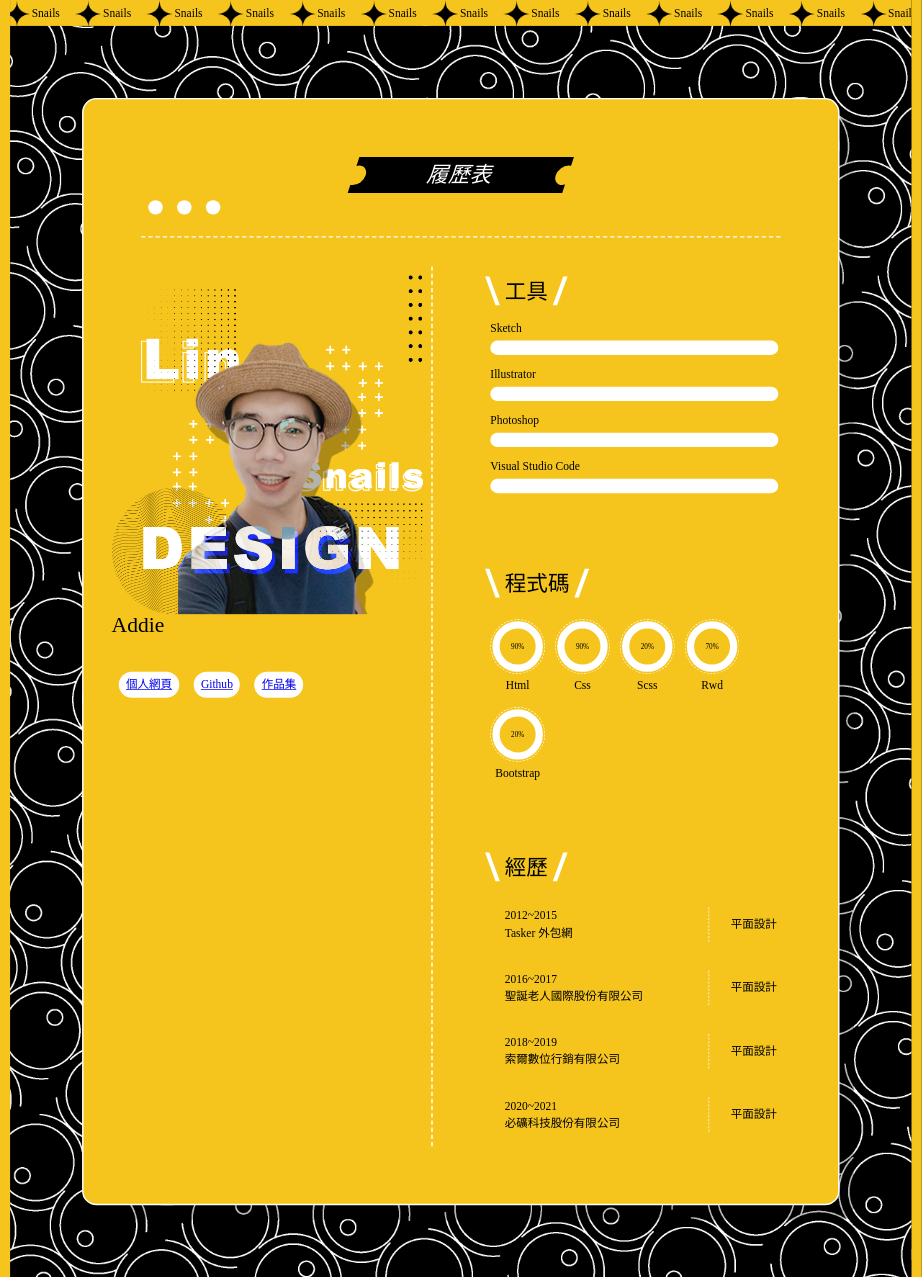
Repository: addie1988/resume
Page: index.html
An editor plug-in stored every save of this project. The page is shown before and after the next save, followed by the edit.
The browser window is 1280 px wide. The pictures show the whole page, at 72% of full size.

Above is the page before, as saved 2021-11-24 11:44:49.
Not found: js/style.js

### index.html
<!DOCTYPE html>
<html lang="en">

<head>
    <meta charset="UTF-8">
    <meta http-equiv="X-UA-Compatible" content="IE=edge">
    <meta name="viewport" content="width=device-width, initial-scale=1.0">
    <title>ADDIE</title>
    <link rel="stylesheet" type="text/css" href="./css/style.css">
</head>

<body>

    <!-- personal -->
    <div class="personal">
        <!-- Carousel -->
        <div class="Carousel">
            <div class="Carousel_content" id="Carousel"></div>
        </div>
        <div class="personal_content">
            <!-- resume > 履歷 -->
            <div class="resume">
                <div class="resume_title">
                    <h1>履歷表</h1>
                </div>
                <div class="resume_content">
                    <ul>
                        <li></li>
                        <li></li>
                        <li></li>
                    </ul>
                </div>
                <!-- main -->
                <div class="main">
                    <!-- personal_information > 個人資訊 -->
                    <div class="personal_information">
                        <div class="personal_information_img"><img src="./images/Visualize1.png"></div>
                        <div class="name">
                            <h1>Addie</h1>
                        </div>
                        <!-- work -->
                        <div class="work">
                            <div class="work_contwnt">
                                <ul>
                                    <li><a href="#">個人網頁</a></li>
                                    <li><a href="#">Github</a></li>
                                    <li><a href="#">作品集</a></li>
                                </ul>
                            </div>
                        </div>
                    </div>


                    <!-- personal_experience > 個人經歷 -->
                    <div class="personal_experience">

                        <!-- Code -->
                        <div class="tool">
                            <div class="tool_content">
                                <h1>工具</h1>
                                <ul>
                                    <li>
                                        <p>Sketch</p>
                                        <span></span>
                                    </li>
                                    <li>
                                        <p>Illustrator</p>
                                        <span></span>
                                    </li>
                                    <li>
                                        <p>Photoshop</p>
                                        <span></span>
                                    </li>
                                    <li>
                                        <p>Visual Studio Code</p>
                                        <span></span>
                                    </li>
                                </ul>
                            </div>
                        </div>

                        <!-- Code -->
                        <div class="Code">
                            <div class="Code_content">
                                <h1>程式碼</h1>
                                <ul>
                                    <li>
                                        <div class="chart"><span><i>90%</i></span></div>
                                        <p>Html</p>
                                    </li>
                                    <li>
                                        <div class="chart"><span><i>90%</i></span></div>
                                        <p>Css</p>
                                    </li>
                                    <li>
                                        <div class="chart"><span><i>20%</i></span></div>
                                        <p>Scss</p>
                                    </li>
                                    <li>
                                        <div class="chart"><span><i>70%</i></span></div>
                                        <p>Rwd</p>
                                    </li>
                                    <li>
                                        <div class="chart"><span><i>20%</i></span></div>
                                        <p>Bootstrap</p>
                                    </li>
                                </ul>
                            </div>
                        </div>

                        <!-- work_experience -->
                        <div class="work_experience">
                            <div class="work_experience_content">
                                <h1>經歷</h1>
                                <ul>
                                    <li>
                                        <div class="work_experience_content_title">
                                            <p>2012~2015</p>
                                            <i>Tasker 外包網</i>
                                        </div>
                                        <span>
                                            <section>平面設計</section>
                                        </span>
                                    </li>
                                    <li>
                                        <div class="work_experience_content_title">
                                            <p>2016~2017</p>
                                            <i>聖誕老人國際股份有限公司</i>
                                        </div>
                                        <span>
                                            <section>平面設計</section>
                                        </span>
                                    </li>
                                    <li>
                                        <div class="work_experience_content_title">
                                            <p>2018~2019</p>
                                            <i>索爾數位行銷有限公司</i>
                                        </div>
                                        <span>
                                            <section>平面設計</section>
                                        </span>
                                    </li>
                                    <li>
                                        <div class="work_experience_content_title">
                                            <p>2020~2021</p>
                                            <i>必礦科技股份有限公司</i>
                                        </div>
                                        <span>
                                            <section>平面設計</section>
                                        </span>
                                    </li>
                                </ul>
                            </div>
                        </div>
                    </div>
                </div>
            </div>
        </div>
    </div>

    <!-- js -->
    <script src="./js/style.js"></script>
    <!-- jq -->
    <script src="https://cdnjs.cloudflare.com/ajax/libs/jquery/3.3.1/jquery.min.js"></script>
    <script>
        $('#Carousel').load("./Carousel.html #Carousel");
    </script>

</body>

</html>

### css/style.css
/* http://meyerweb.com/eric/tools/css/reset/
   v2.0 | 20110126
   License: none (public domain)
*/

html,
body,
div,
span,
applet,
object,
iframe,
h1,
h2,
h3,
h4,
h5,
h6,
p,
blockquote,
pre,
a,
abbr,
acronym,
address,
big,
cite,
code,
del,
dfn,
em,
img,
ins,
kbd,
q,
s,
samp,
small,
strike,
strong,
sub,
sup,
tt,
var,
b,
u,
i,
center,
dl,
dt,
dd,
ol,
ul,
li,
fieldset,
form,
label,
legend,
table,
caption,
tbody,
tfoot,
thead,
tr,
th,
td,
article,
aside,
canvas,
details,
embed,
figure,
figcaption,
footer,
header,
hgroup,
menu,
nav,
output,
ruby,
section,
summary,
time,
mark,
audio,
video {
  margin: 0;
  padding: 0;
  border: 0;
  font-size: 100%;
  font: inherit;
  vertical-align: baseline;
}
/* HTML5 display-role reset for older browsers */
article,
aside,
details,
figcaption,
figure,
footer,
header,
hgroup,
menu,
nav,
section {
  display: block;
}
body {
  line-height: 1;
}
ol,
ul {
  list-style: none;
}
blockquote,
q {
  quotes: none;
}
blockquote:before,
blockquote:after,
q:before,
q:after {
  content: "";
  content: none;
}
table {
  border-collapse: collapse;
  border-spacing: 0;
}

/* ---------------------------------------------------------------------------------------------------------------------- */

:root {
  --background-color: #f5c51d;
  --position: relative;
  --font-size: 16px;
  --padding: 100px;
  --color: white;
  --title_h1: 30px;
  --margin_Segmentation: 80px 0 0 0;
}

/* ---------------------------------------------------------------------------------------------------------------------- */

.personal {
  position: var(--position);
  background: url(../images/background.png);
  align-items: center;
  background-color: black;
  border-left: 14px solid var(--background-color);
  border-right: 14px solid var(--background-color);
}

/* Carousel */
.Carousel {
  position: var(--padding);
}

.Carousel_content {
  margin: 0 auto;
}

.Carousel_content ul {
  display: flex;
  overflow: hidden;
  background-color: var(--background-color);
}

.Carousel_content ul li {
  margin: 0 20px;
  padding: 10px;
  position: var(--position);
}

.Carousel_content ul li::before {
  content: "";
  width: 37px;
  height: 37px;
  display: inline-block;
  background: url(../images/Carousel.png);
  position: absolute;
  left: -30px;
  top: 0px;
}

.personal_content {
  width: 100%;
  height: 100%;
  display: flex;
  justify-content: center;
}

/* resume > 履歷資訊 */
.resume {
  margin: 100px;
  padding: 80px;
  max-width: 900px;
  border: 2px solid white;
  position: var(--position);
  z-index: 77777;
  box-shadow: 20px 20px 0px 0px #0000003d;
  background-color: var(--background-color);
  border-radius: 20px;
  -webkit-border-radius: 20px;
  -moz-border-radius: 20px;
  -ms-border-radius: 20px;
  -o-border-radius: 20px;
}

/* resume_title */
.resume_title {
  display: flex;
  justify-content: center;
  position: relative;
  transform: skewX(-18deg);
  -webkit-transform: skewX(-18deg);
  -moz-transform: skewX(-18deg);
  -ms-transform: skewX(-18deg);
  -o-transform: skewX(-18deg);
}

.resume_title h1 {
  font-size: 30px;
  text-align: center;
  padding: 10px 60px;
  color: white;
  background-color: black;
  width: 20%;
  display: inline-block;
  position: var(--position);
}

.resume_title h1::before {
  content: "";
  width: 27px;
  height: 27px;
  display: inline-block;
  position: absolute;
  left: -10px;
  top: 12px;
  background-color: #f5c51d;
  border-radius: 50%;
  -webkit-border-radius: 50%;
  -moz-border-radius: 50%;
  -ms-border-radius: 50%;
  -o-border-radius: 50%;
}

.resume_title h1::after {
  content: "";
  width: 27px;
  height: 27px;
  display: inline-block;
  position: absolute;
  right: -10px;
  top: 12px;
  background-color: #f5c51d;
  border-radius: 50%;
  -webkit-border-radius: 50%;
  -moz-border-radius: 50%;
  -ms-border-radius: 50%;
  -o-border-radius: 50%;
}

.resume_content {
  margin: 0 auto;
  width: 100%;
  margin: 0 0 40px 0;
}

.resume_content ul {
  display: flex;
  padding: 0 0 20px 0;
  border-bottom: 2px dashed white;
}

.resume_content ul li {
  width: 20px;
  height: 20px;
  margin: 10px;
  display: inline-block;
  background-color: white;
  border-radius: 50%;
  -webkit-border-radius: 50%;
  -moz-border-radius: 50%;
  -ms-border-radius: 50%;
  -o-border-radius: 50%;
  transition: 1s ease-out;
  -webkit-transition: 1s ease-out;
  -moz-transition: 1s ease-out;
  -ms-transition: 1s ease-out;
  -o-transition: 1s ease-out;
}

.resume_content ul li:nth-child(1):hover {
  background-color: red;
}

.resume_content ul li:nth-child(2):hover {
  background-color: yellow;
}

.resume_content ul li:nth-child(3):hover {
  background-color: green;
}

/* ---------------------------------------------------------------------------------------------------------------------- */

/* main */
.main {
  display: flex;
  justify-content: center;
}

/* personal_information > 個人資訊 */

/* personal_information */
.personal_information {
  flex: 0 0 50%;
  max-width: 50%;
  border-right: 2px solid white;
  border-style: dashed;
  margin: 0 40px;
}

.personal_information_img {
  display: flex;
  justify-content: center;
}

.personal_information_img img {
  width: 100%;
  height: 100%;
}

/* ---------------------------------------------------------------------------------------------------------------------- */

/* personal_experience > 個人經歷 */
.personal_experience {
  flex: 0 0 50%;
  max-width: 50%;
  margin: 0 40px;
}

.name h1 {
  font-size: var(--title_h1);
}

/* ---------------------------------------------------------------------------------------------------------------------- */

/* work */
.work {
  position: var(--position);
}

.work_contwnt {
  margin: 40px auto;
}

.work_contwnt ul {
  display: flex;
  flex-wrap: wrap;
}

.work_contwnt ul li {
  margin-right: 10px;
  margin: 10px;
  padding: 10px;
  color: black;
  background-color: white;
  border-radius: 20px;
  -webkit-border-radius: 20px;
  -moz-border-radius: 20px;
  -ms-border-radius: 20px;
  -o-border-radius: 20px;
}

/* ---------------------------------------------------------------------------------------------------------------------- */

/* personal_experience > 個人經歷 */

/* tool */
.tool {
  position: var(--position);
}

.tool_contwnt {
  margin: var(--margin_Segmentation);
}

.tool_content h1 {
  font-size: var(--title_h1);
  position: var(--position);
  display: inline-block;
  padding: 20px;
}

.tool_content h1::before {
  content: "";
  width: 6px;
  height: 40px;
  display: inline-block;
  position: absolute;
  top: 20%;
  left: 0;
  background-color: white;
  transform: skewX(20deg);
  -webkit-transform: skewX(20deg);
  -moz-transform: skewX(20deg);
  -ms-transform: skewX(20deg);
  -o-transform: skewX(20deg);
}

.tool_content h1::after {
  content: "";
  width: 6px;
  height: 40px;
  display: inline-block;
  position: absolute;
  top: 20%;
  right: 0;
  background-color: white;
  transform: skewX(-20deg);
  -webkit-transform: skewX(-20deg);
  -moz-transform: skewX(-20deg);
  -ms-transform: skewX(-20deg);
  -o-transform: skewX(-20deg);
}

.tool_content ul {
  margin: var(--margin_Segmentation);
  margin: 0;
}

.tool_content ul li {
  line-height: 2;
}

.tool_content ul li span {
  width: 100%;
  height: 20px;
  display: inline-block;
  position: relative;
}

.tool_content ul li span::before {
  content: "";
  width: 0;
  height: 20px;
  display: inline-block;
  position: absolute;
  z-index: 4444;
  background-color: black;
  transition: 1s ease-out;
  -webkit-transition: 1s ease-out;
  -moz-transition: 1s ease-out;
  -ms-transition: 1s ease-out;
  -o-transition: 1s ease-out;
  border-radius: 20px;
  -webkit-border-radius: 20px;
  -moz-border-radius: 20px;
  -ms-border-radius: 20px;
  -o-border-radius: 20px;
}

.tool_content ul li:hover span::before {
  width: 100%;
}

.tool_content ul li:nth-child(1):hover span::before {
  width: 35%;
}

.tool_content ul li:nth-child(2):hover span::before {
  width: 85%;
}

.tool_content ul li:nth-child(3):hover span::before {
  width: 85%;
}

.tool_content ul li:nth-child(4):hover span::before {
  width: 35%;
}

.tool_content ul li span::after {
  content: "";
  width: 90%;
  height: 20px;
  display: inline-block;
  position: absolute;
  background-color: white;
  border-radius: 20px;
  -webkit-border-radius: 20px;
  -moz-border-radius: 20px;
  -ms-border-radius: 20px;
  -o-border-radius: 20px;
}

/* ---------------------------------------------------------------------------------------------------------------------- */

/* Code */
.Code {
  position: var(--position);
}

.Code_content {
  margin: var(--margin_Segmentation);
}

.Code_content h1 {
  font-size: var(--title_h1);
  position: var(--position);
  display: inline-block;
  padding: 20px;
}

.Code_content h1::before {
  content: "";
  width: 6px;
  height: 40px;
  display: inline-block;
  position: absolute;
  top: 20%;
  left: 0;
  background-color: white;
  transform: skewX(20deg);
  -webkit-transform: skewX(20deg);
  -moz-transform: skewX(20deg);
  -ms-transform: skewX(20deg);
  -o-transform: skewX(20deg);
}

.Code_content h1::after {
  content: "";
  width: 6px;
  height: 40px;
  display: inline-block;
  position: absolute;
  top: 20%;
  right: 0;
  background-color: white;
  transform: skewX(-20deg);
  -webkit-transform: skewX(-20deg);
  -moz-transform: skewX(-20deg);
  -ms-transform: skewX(-20deg);
  -o-transform: skewX(-20deg);
}

.Code_content ul {
  margin: var(--margin_Segmentation);
  display: flex;
  flex-wrap: wrap;
  margin: 0;
}

.Code_content ul li {
  margin: 14px 14px 0 0;
  line-height: 2;
}

.Code_content ul li .chart {
  border: 1px solid white;
  padding: 2px;
  border-style: dashed;
  border-radius: 50%;
  -webkit-border-radius: 50%;
  -moz-border-radius: 50%;
  -ms-border-radius: 50%;
  -o-border-radius: 50%;
}

.Code_content ul li .chart span {
  width: 70px;
  height: 70px;
  display: flex;
  justify-content: center;
  align-items: center;
  position: relative;
}

.Code_content ul li .chart span::before {
  content: "";
  width: 50px;
  height: 50px;
  display: none;
  position: absolute;
  top: 0;
  left: 0;
  z-index: 444;
  border-top: 10px solid black;
  border-left: 10px solid black;
  border-right: 10px solid black;
  border-bottom: 10px solid #f5c51d;
  border-radius: 50%;
  -webkit-border-radius: 10px solid #f5c51d;
  -moz-border-radius: 10px solid #f5c51d;
  -ms-border-radius: 10px solid #f5c51d;
  -o-border-radius: 10px solid #f5c51d;
  animation: chart_move 2s ease-out;
  -webkit-animation: chart_move 2s ease-out;
}

.Code_content ul li:nth-child(1) .chart span::before {
  border-top: 10px solid black;
  border-left: 10px solid black;
  border-right: 10px solid black;
  border-bottom: 10px solid #f5c51d;
}

.Code_content ul li:nth-child(2) .chart span::before {
  border-top: 10px solid black;
  border-left: 10px solid black;
  border-right: 10px solid black;
  border-bottom: 10px solid #f5c51d;
}

.Code_content ul li:nth-child(3) .chart span::before {
  border-top: 10px solid black;
  border-left: 10px solid #f5c51d;
  border-right: 10px solid #f5c51d;
  border-bottom: 10px solid #f5c51d;
}

.Code_content ul li:nth-child(4) .chart span::before {
  border-top: 10px solid black;
  border-left: 10px solid black;
  border-right: 10px solid #f5c51d;
  border-bottom: 10px solid #f5c51d;
}

.Code_content ul li:nth-child(5) .chart span::before {
  border-top: 10px solid black;
  border-left: 10px solid #f5c51d;
  border-right: 10px solid #f5c51d;
  border-bottom: 10px solid #f5c51d;
}

.Code_content ul li:hover .chart span::before {
  display: block;
}

@keyframes chart_move {
  0% {
    opacity: 0;
    transform: rotate(0);
    -webkit-transform: rotate(0);
    -moz-transform: rotate(0);
    -ms-transform: rotate(0);
    -o-transform: rotate(0);
  }
  100% {
    opacity: 1;
    transform: rotate(360deg);
    -webkit-transform: rotate(360deg);
    -moz-transform: rotate(360deg);
    -ms-transform: rotate(360deg);
    -o-transform: rotate(360deg);
  }
}

.Code_content ul li .chart span::after {
  content: "";
  width: 50px;
  height: 50px;
  display: inline-block;
  position: absolute;
  top: 0;
  left: 0;
  border: 10px solid white;
  border-radius: 50%;
  -webkit-border-radius: 50%;
  -moz-border-radius: 50%;
  -ms-border-radius: 50%;
  -o-border-radius: 50%;
}

.Code_content ul li .chart span i {
  font-size: 10px;
}

.Code_content ul li p {
  text-align: center;
}

/* ---------------------------------------------------------------------------------------------------------------------- */

/* work_experience */
.work_experience {
  position: var(--position);
}

.work_experience_content {
  margin: var(--margin_Segmentation);
}

.work_experience_content h1 {
  font-size: var(--title_h1);
  position: var(--position);
  display: inline-block;
  padding: 20px;
}

.work_experience_content h1::before {
  content: "";
  width: 6px;
  height: 40px;
  display: inline-block;
  position: absolute;
  top: 20%;
  left: 0;
  background-color: white;
  transform: skewX(20deg);
  -webkit-transform: skewX(20deg);
  -moz-transform: skewX(20deg);
  -ms-transform: skewX(20deg);
  -o-transform: skewX(20deg);
}

.work_experience_content h1::after {
  content: "";
  width: 6px;
  height: 40px;
  display: inline-block;
  position: absolute;
  top: 20%;
  right: 0;
  background-color: white;
  transform: skewX(-20deg);
  -webkit-transform: skewX(-20deg);
  -moz-transform: skewX(-20deg);
  -ms-transform: skewX(-20deg);
  -o-transform: skewX(-20deg);
}

.work_experience_content ul {
  margin: var(--margin_Segmentation);
  margin: 0;
}

.work_experience_content ul li {
  line-height: 1.5;
  display: flex;
  padding: 20px;
  flex-wrap: wrap;
  overflow: hidden;
  transition: 1s ease-out;
  -webkit-transition: 1s ease-out;
  -moz-transition: 1s ease-out;
  -ms-transition: 1s ease-out;
  -o-transition: 1s ease-out;
}

.work_experience_content ul li:hover {
  border-radius: 50px;
  -webkit-border-radius: 50px;
  -moz-border-radius: 50px;
  -ms-border-radius: 50px;
  -o-border-radius: 50px;
  animation: work_experience_content_move 3s ease-out;
  -webkit-animation: work_experience_content_move 3s ease-out;
}

@keyframes work_experience_content_move {
  0% {
    background-color: #f5c51d;
  }
  25% {
    background-color: aquamarine;
  }
  50% {
    background-color: slateblue;
  }
  100% {
    background-color: black;
  }
}

.work_experience_content ul li:hover .work_experience_content_title {
  color: white;
  border-right: 1px dashed white;
}

.work_experience_content ul li:hover .work_experience_content_title p {
  color: white;
}

.work_experience_content ul li .work_experience_content_title {
  width: 70%;
  border-right: 1px solid white;
  border-style: dashed;
  color: black;
}

.work_experience_content ul li .work_experience_content_title p {
  color: black;
}

.work_experience_content ul li span {
  display: flex;
  align-items: center;
}

.work_experience_content ul li span section {
  margin-left: 30px;
}

.work_experience_content ul li:hover span section {
  color: white;
}

@media screen and (max-width: 900px) {
  .main {
    flex-wrap: wrap;
  }

  .personal_information {
    flex: 0 0 100%;
    max-width: 100%;
  }

  .personal_experience {
    flex: 0 0 100%;
    max-width: 100%;
  }
}

### Carousel.html
<ul id="Carousel">
    <li>Snails</li><li>Snails</li><li>Snails</li><li>Snails</li><li>Snails</li><li>Snails</li><li>Snails</li><li>Snails</li>
    <li>Snails</li><li>Snails</li><li>Snails</li><li>Snails</li><li>Snails</li><li>Snails</li><li>Snails</li><li>Snails</li>
    <li>Snails</li><li>Snails</li><li>Snails</li><li>Snails</li><li>Snails</li><li>Snails</li><li>Snails</li><li>Snails</li>
    <li>Snails</li><li>Snails</li><li>Snails</li><li>Snails</li><li>Snails</li><li>Snails</li><li>Snails</li><li>Snails</li>
    <li>Snails</li><li>Snails</li><li>Snails</li><li>Snails</li><li>Snails</li><li>Snails</li><li>Snails</li><li>Snails</li>
</ul>

After the next save:
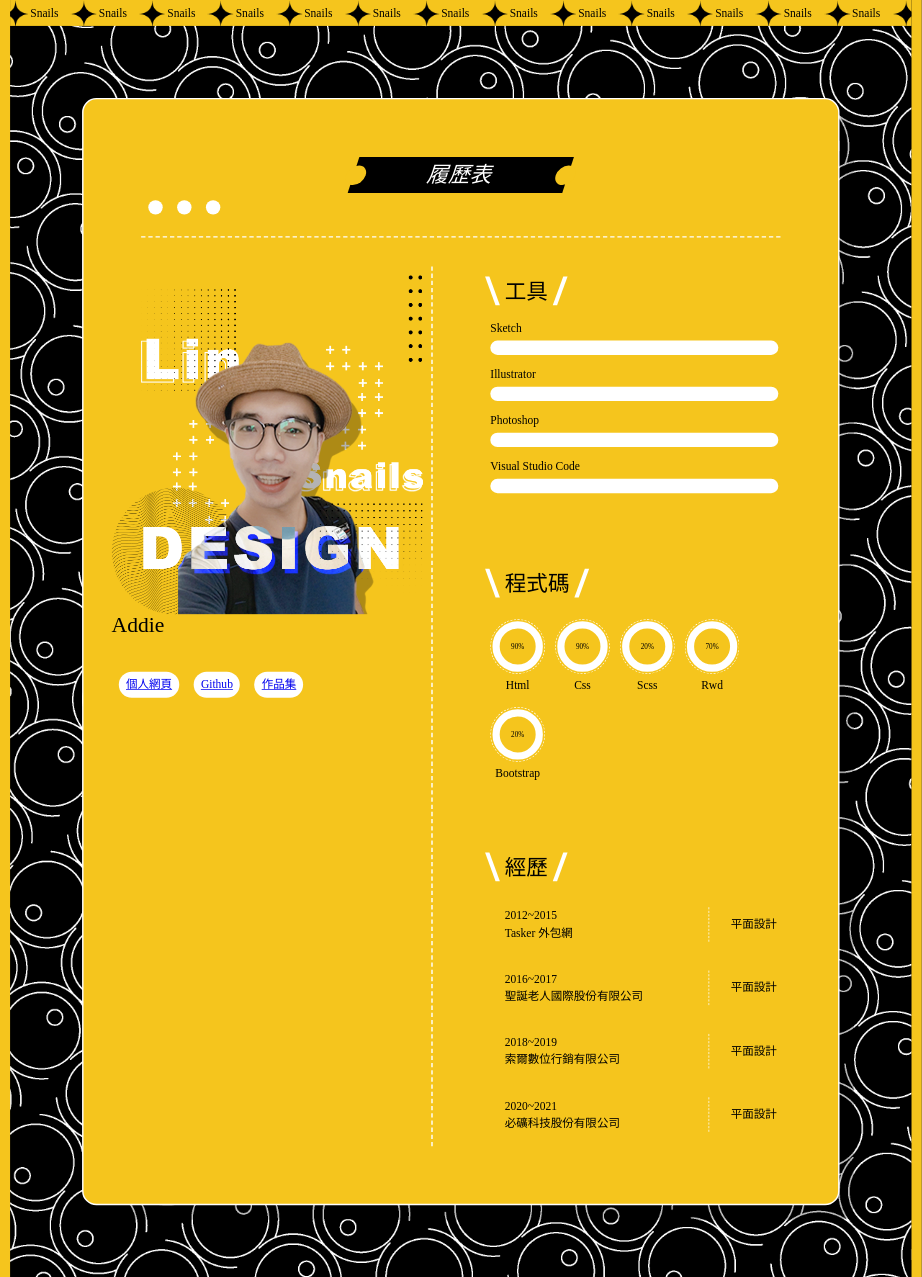
Saved 11 s later.
--- a/css/style.css
+++ b/css/style.css
@@ -167,7 +167,7 @@ table {
 }
 
 .Carousel_content ul li {
-  margin: 0 20px;
+  margin: 0 18px;
   padding: 10px;
   position: var(--position);
 }
